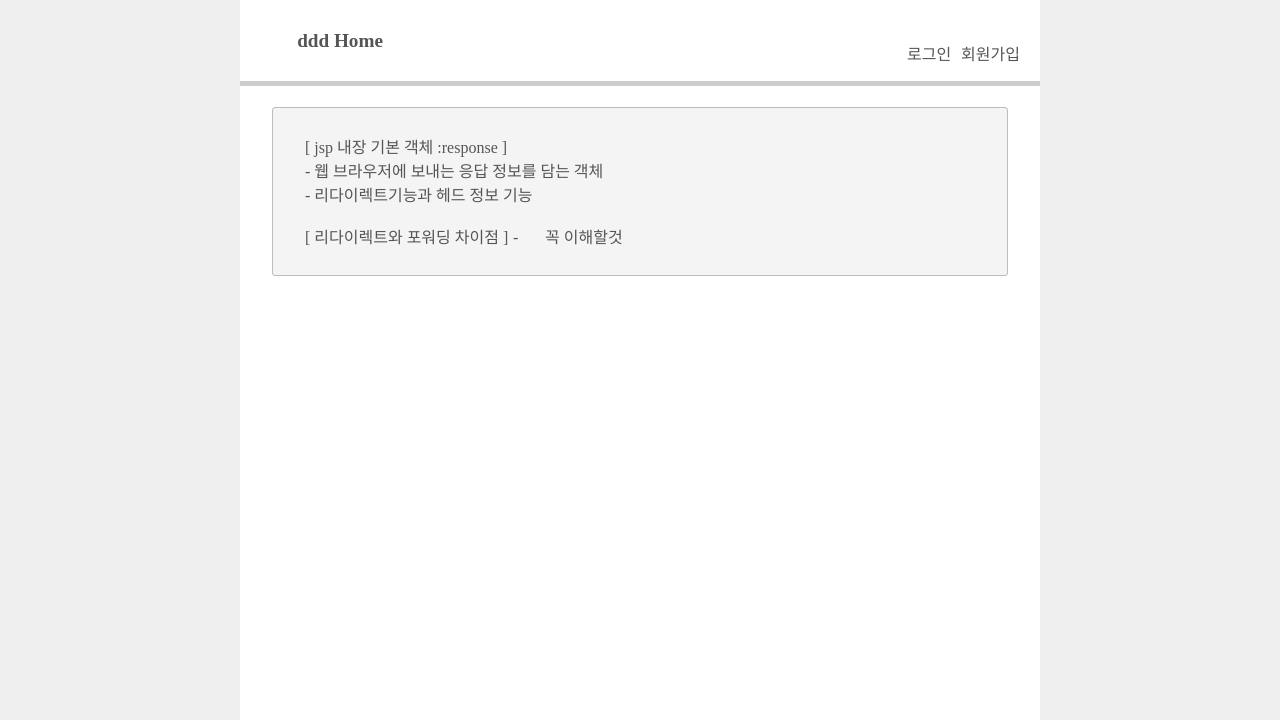
Repository: Deneb0000/JSP
Page: http://localhost/jspPro/days03/ex07.jsp
These files come from the project's save history. The page is drawn as it stood at one moment and after a run of saves; the edit follows.
The browser window is 1280 px wide. The pictures show the whole page.
Some web fonts or font styles are not loaded; a fallback is used. The page is served by Tomcat 9. Other server files are loaded and not shown.

Above is the page before, as saved 2024-10-17 06:15:31.

### jspPro/src/main/webapp/days03/ex07.jsp
<%@ page contentType="text/html; charset=UTF-8" pageEncoding="UTF-8"%>
<!DOCTYPE html>
<html>
<head>
<meta charset="UTF-8">
<title>Insert title here</title>
<link rel="shortcut icon" type="image/x-icon" href="http://localhost/jspPro/images/SiSt.ico">
<script src="https://ajax.googleapis.com/ajax/libs/jquery/3.7.1/jquery.min.js"></script>
<meta name="viewport" content="width=device-width, initial-scale=1.0">
<meta name="google" content="notranslate">
<link rel="stylesheet" href="http://localhost/jspPro/resources/cdn-main/example.css">
<script src="http://localhost/jspPro/resources/cdn-main/example.js"></script>
<style>
 span.material-symbols-outlined{
    vertical-align: text-bottom;
 }
</style>
</head>
<body>
<header>
  <h1 class="main"><a href="#" style="position: absolute;top:30px;">ddd Home</a></h1>
  <ul>
    <li><a href="#">로그인</a></li>
    <li><a href="#">회원가입</a></li>
  </ul>
</header>
<div>
  <xmp class="code">
    [ jsp 내장 기본 객체 :response ]
    - 웹 브라우저에 보내는 응답 정보를 담는 객체
    - 리다이렉트기능과 헤드 정보 기능

    [ 리다이렉트와 포워딩 차이점 ]	-	꼭 이해할것
  </xmp>
</div>
</body>
</html>

### jspPro/src/main/webapp/resources/cdn-main/example.css
@charset "UTF-8";

@import url('https://fonts.googleapis.com/css2?family=Material+Symbols+Outlined:opsz,wght,FILL,GRAD@20..48,100..700,0..1,-50..200');

@font-face {
    font-family: 'GmarketSansMedium';
    src: url('https://cdn.jsdelivr.net/gh/projectnoonnu/noonfonts_2001@1.1/GmarketSansMedium.woff') format('woff');
    font-weight: normal;
    font-style: normal;
}

:root {
	--text-color: #555;
	--sub-text-color: #777;
	--back-color: #EFEFEF;
	--header-color: #444;
	--primary-color: #DEDEDE;
	--secondary-color: #EFEFEF;
	--default-width: 800px;
	--narrow-width: 500px;
	--wide-width: 1200px;
	--text-font: 'GmarketSansMedium';
	--icon-font: 'Material Symbols Outlined';
	--border-color: #CCC;
}

html, body {
	margin: 0;
	padding: 0;
}

html {
	background-color: var(--back-color);
	display: flex;
	justify-content: center;
	min-height: 100vh;
}

body, body.default {
	width: var(--default-width);
	background-color: white;
	padding-bottom: 120px;
}

body.wide {
	width: var(--wide-width);
}

body.narrow {
	width: var(--narrow-width);
}



body, p, div, span, a, input, select, option, textarea, button, table, th, td, label, fieldset, legend {
	font-family: var(--text-font);
	color: var(--text-color);
}

h1, h2, h3 {
	font-family: var(--text-font);
	color: var(--header-color);
	padding: 0 1rem;
	padding-top: .5rem;
}

div > h1, div > h2, div > h3 {
	padding: 0;
}

body > div, body > main > div {
	padding: 0.3rem 1rem;
}


h1 { font-size: 2rem; border-bottom: 1px solid var(--border-color); }
h1 small { font-size: 1.2rem; color: var(--sub-text-color); }
h2 { font-size: 1.5rem; border-bottom: 1px dashed var(--border-color); }
h2 small { font-size: 1.1rem; color: --sub-text-color; }
h3 { font-size: 1.2rem; }
h3 small { font-size: 1rem; color: --sub-text-color; }



h1.main::before {
	font-family: var(--icon-font);
  	content: '\e666';
  	margin-right: 10px;
  	float: left;
	font-size: 2.5rem;
}

h1.sub::before {
	font-family: var(--icon-font);
  	content: '\ea19';
  	margin-right: 10px;
  	float: left;
	font-size: 2.5rem;
}


h1.page::before {
	font-family: var(--icon-font);
  	content: '\e0e0';
  	margin-right: 10px;
  	float: left;
	font-size: 2.5rem;
}

body > header > ul > li > .active{
	background-color: #FFF;
	color:#F00;
}

body > header {
	display: flex;
	justify-content: space-between;
	border-bottom: 5px solid var(--border-color);
	min-height: 74px;
	background-color: #FFF;
}

body > header.sticky {
	position: sticky;
	top: 0;
	z-index: 98;
}

body > header > h1 {
	font-size: 1.2rem;
	border: 0;
}

body > header.in > h1::before {
	font-family: var(--icon-font);
  	content: '\e332‥';
  	margin-right: 3px;
  	float: left;
	font-size: 2rem;
}


body > header > ul {
	list-style-type: none;
	display: flex;
	align-items: flex-end;
	margin-right: 10px;
}

body > header > ul > li {
	margin-right: 10px;
	cursor: pointer;
}

body > header > ul > li > a {
	cursor: pointer;
}


form {
	display: block;
}

form > div {
	padding: 0.3rem 1rem;
}

div > form > div {
	padding: 0.3rem 0;
}

input, textarea, button, select {
	border: 1px solid #BBB;
	border-radius: 3px;
	outline: none;
	resize: none;
	padding: 7px;
	margin: 0;
}

input[type=text]:read-only, textarea:read-only {
	cursor: not-allowed;
	background-color: #FFF;
}

input[type=text]:disabled, textarea:disabled {
	cursor: not-allowed;
	background-color: #EEE;
}

input[type=text], input[type=password], textarea, button, select {
	/* width: 300px; */
}

textarea {
	display: block;
	height: 100px;
}

input[type=button], input[type=submit], button {
	/* width: inherit; */
}

input.short, textarea.short, button.short, select.short {
	width: 100px;
}

input.long, textarea.long, button.long, select.long {
	width: 350px;
}

.narrow input.long, .narrow textarea.long, .narrow button.long, .narrow select.long {
	width: calc(100% - 20px);
}

input.full, textarea.full, button.full, select.full {
	width: calc(100% - 20px);
}

textarea.short {
	height: 50px;
}

textarea.long {
	height: 100px;
}

textarea.full {
	height: 200px;
}

input, textarea {
	padding-top: 8px;
}

input[type=button], input[type=submit], button {
	padding: 5px 10px;
	background-color: var(--secondary-color);
	cursor: pointer;
	min-height: 36px;
}

input[type=button].primary, input[type=submit].primary, button.primary {
	/* background-color: rgba(100, 149, 237, .2); */
	background-color: var(--primary-color);
}

input[type=button].primary:hover, input[type=submit].primary:hover, button.primary:hover {
	/* background-color: rgba(100, 149, 237, .3); */
	background-color: var(--secondary-color);
}

input[type=button]:hover, input[type=submit]:hover, button:hover {
	background-color: var(--primary-color);
}

button {
	position: relative;
	left: 0;
	top: 0;
	padding-left: 35px;
}

button .material-symbols-outlined {
	position: absolute;
	left: 10px;
	top: 4px;
}

/* k2nik add */
button.login::before {
	font-family: var(--icon-font);
  	content: '\ea77';
	position: absolute;
	left: 11px;
	top: 4px;
	font-size: 1.25rem;
}

/* k2nik logout */
button.logout::before {
	font-family: var(--icon-font);
  	content: '\e9ba';
	position: absolute;
	left: 11px;
	top: 4px;
	font-size: 1.25rem;
}

/* k2nik help */
button.help::before {
	font-family: var(--icon-font);
  	content: '\f1c0';
	position: absolute;
	left: 11px;
	top: 4px;
	font-size: 1.25rem;
}

button.add::before{
	font-family: var(--icon-font);
  	content: '\e746';
	position: absolute;
	left: 11px;
	top: 4px;
	font-size: 1.25rem;
}

button.back::before {
	font-family: var(--icon-font);
  	content: '\e166';
	position: absolute;
	left: 11px;
	top: 4px;
	font-size: 1.25rem;
}

button.list::before {
	font-family: var(--icon-font);
  	content: '\e0ee';
	position: absolute;
	left: 11px;
	top: 4px;
	font-size: 1.25rem;
}


button.del::before {
	font-family: var(--icon-font);
  	content: '\e872';
	position: absolute;
	left: 11px;
	top: 4px;
	font-size: 1.25rem;
}


button.edit::before {
	font-family: var(--icon-font);
  	content: '\e745';
	position: absolute;
	left: 11px;
	top: 4px;
	font-size: 1.25rem;
}


button.login::before {
	font-family: var(--icon-font);
  	content: '\ea77';
	position: absolute;
	left: 11px;
	top: 4px;
	font-size: 1.25rem;
}


button.logout::before {
	font-family: var(--icon-font);
  	content: '\e9ba';
	position: absolute;
	left: 11px;
	top: 4px;
	font-size: 1.25rem;
}


button.in::before {
	font-family: var(--icon-font);
  	content: '\f71a';
	position: absolute;
	left: 11px;
	top: 4px;
	font-size: 1.25rem;
}


button.out::before {
	font-family: var(--icon-font);
  	content: '\f70e';
	position: absolute;
	left: 11px;
	top: 4px;
	font-size: 1.25rem;
}


button.reply::before {
	font-family: var(--icon-font);
  	content: '\e15e';
	position: absolute;
	left: 11px;
	top: 4px;
	font-size: 1.25rem;
}


button.comment::before {
	font-family: var(--icon-font);
  	content: '\e0b9';
	position: absolute;
	left: 11px;
	top: 4px;
	font-size: 1.25rem;
}


button.modal::before {
	font-family: var(--icon-font);
  	content: '\e89e';
	position: absolute;
	left: 11px;
	top: 4px;
	font-size: 1.25rem;
}


button.ok::before {
	font-family: var(--icon-font);
  	content: '\e86c';
	position: absolute;
	left: 11px;
	top: 4px;
	font-size: 1.25rem;
}


button.cancel::before {
	font-family: var(--icon-font);
  	content: '\e5c9';
	position: absolute;
	left: 11px;
	top: 4px;
	font-size: 1.25rem;
}

button.search::before {
	font-family: var(--icon-font);
  	content: '\e8b6';
	position: absolute;
	left: 11px;
	top: 4px;
	font-size: 1.25rem;
}

button.home::before {
	font-family: var(--icon-font);
  	content: '\e88a';
	position: absolute;
	left: 11px;
	top: 4px;
	font-size: 1.25rem;
}


button.sidebar::before {
	font-family: var(--icon-font);
  	content: '\f7e4';
	position: absolute;
	left: 11px;
	top: 4px;
	font-size: 1.25rem;
}


button.sidebar-right::before {
	font-family: var(--icon-font);
  	content: '\f7e5';
	position: absolute;
	left: 11px;
	top: 4px;
	font-size: 1.25rem;
}




button::before {
	font-family: var(--icon-font);
  	content: '\e323';
	position: absolute;
	left: 11px;
	top: 4px;
	font-size: 1.25rem;
}


table {
	border-collapse: collapse;
	margin: 1rem;
	box-sizing: border-box;
	width: calc(100% - 32px);
}

table.content {
	width: auto;
}

div > table {
	margin: 0;
}

table th, table td {
	border: 1px solid var(--border-color);
	padding: 7px;
	font-weight: normal;
}

table th {
	background-color: var(--back-color);
}

table.vertical th {
	width: 150px;
}

table.vertical td {
	width: calc(100% - 182px);
	padding-left: 10px;
}

table.content td, table.content th {
	width: auto;
}

body.narrow table.vertical th {
	width: 100px;
}

body.narrow table.vertical td {
	width: calc(100% - 182px);
}


table + table {
	margin-top: 30px;
}


p {
	padding: 0 1rem;
}

a {
	text-decoration: none;
}

a:hover {
	color: rgba(255, 99, 71, .7);
}

hr {
	border: 0;
	border-top: 1px solid var(--border-color);
	margin: 2rem 0;
}

.message {
	border: 1px solid var(--border-color);
	background-color: #EFEFEF;
	margin: 1rem;
	width: auto;
	padding-top: 10px;
	padding-bottom: 10px;
	font-size: 14px;
}

.message[title]::before {
	content: attr(title);
	display: block;
	border-bottom: 1px solid var(--border-color);
	padding-bottom: 5px;
	margin-bottom: 10px;
	margin-top: 7px;
}

.message.short {
	max-width: 250px;
}

.message.long {
	max-width: 500px;
}

.badge {
	float: right;
	font-size: .8rem;
	margin-top: 2px;
	margin-right: 2px;
	text-shadow: 0 0 7px gray;
}

.badge.left {
	float: none;
	margin-left: 2px;
}

.badge.right {
	float: right;
}

.badge.red {
	border-radius: 50%;
	padding: 2px 5px;
	background-color: rgb(255, 99, 71, .3);
}

.badge.yellow {

	border-radius: 50%;
	padding: 2px 5px;
	background-color: rgb(255, 215, 0, .5);
}

.badge.blue {
	border-radius: 50%;
	padding: 2px 5px;
	background-color: rgb(100, 149, 237, .3);
}

label + label {
	margin-left: 7px;
}

label input[type=checkbox], label input[type=radio] {
	transform: translate(0, 1px);
}

.group {
	display: flex;
}

.modal-content .group {
	margin-bottom: .5rem;
}

.group label {
	border: 1px solid #BBB;
	border-radius: 3px;
	outline: none;
	resize: none;
	padding: 7px 14px;
	margin: 0;
	border-top-right-radius: 0;
	border-bottom-right-radius: 0;
	background-color: #EFEFEF;
	white-space: nowrap;
	font-size: 14px;
}

.group input[type=text] {
	margin-left: -1px;
	border-top-left-radius: 0;
	border-bottom-left-radius: 0;
}

.group select {
	margin-left: -1px;
	border-top-left-radius: 0;
	border-bottom-left-radius: 0;
}

.group input.full[type=text] {
	margin-left: -1px;
	border-top-left-radius: 0;
	border-bottom-left-radius: 0;
	width: 100%;
}

.group input[type=button]:first-child, .group button:first-child {
	border-top-left-radius: 3px;
	border-bottom-left-radius: 3px;
	margin-left: 0px;
}

.group input[type=button], .group button {
	border-radius: 0;
	margin-left: -1px;
}

.group input[type=button]:last-child, .group button:last-child {
	margin-left: -1px;
	border-top-right-radius: 3px;
	border-bottom-right-radius: 3px;
}

.seperate {
	display: flex;
	justify-content: space-between;
}

div.list {
	width: max-content;
	margin: 1rem;
	border: 1px solid #BBB;
	border-radius: 3px;
	padding: 0;
}

div.list.full {
	width: auto;
	display: block;
	margin: 1rem;
	border: 1px solid #BBB;
	border-radius: 3px;
	padding: 0;
}

div.list > div {
	padding: .5rem 1rem;
	margin: 0;
	border-bottom: 1px solid #BBB;
}

div.list > div:last-child {
	border-bottom: 0;
}

pre.code , xmp.code{
	font-family: consols;
	background-color: rgba(150, 150, 150, .1);
	border: 1px solid #BBB;
	border-radius: 3px;
	padding: .5rem 1rem;
	padding-bottom: .6rem;
	margin: 1rem;
}




*[data-modal-window] {
	position: fixed;
	background-color: rgba(0, 0, 0, .3);
	left: 0;
	top: 0;
	display: none;
	justify-content: center;
	align-items: flex-start;
	width: 100%;
	min-height: 100vh;
	z-index: 100;
	opacity: 0;
	transition: 500ms all;
}

*[data-modal-window] .modal-container {
	border-radius: 5px;
	padding: 1rem;
	padding-bottom: .5rem;
	margin-top: -500px;
	opacity: 0;
	width: 500px;
	background-color: #FFF;
	margin-right: 2rem;
	transition: 500ms all;
}

*[data-modal-size=content] .modal-container {
	width: auto;
}

*[data-modal-size=narrow] .modal-container {
	width: 300px;
}

*[data-modal-size=wide] .modal-container {
	width: 760px;
}


*[data-modal-window] .modal-header {
	border-bottom: 1px solid var(--border-color);
	padding: 2px 5px;
}

*[data-modal-window] .modal-content {
	padding: 1rem 5px;
}

*[data-modal-window] .modal-content div:last-child {
	margin-top: 1rem;
	text-align: right;
}



*[data-sidebar-window] {
	position: fixed;
	background-color: #FFF;
	left: 0;
	top: 0;
	display: block;
	width: 300px;
	border-right: 1px solid var(--border-color);
	box-sizing: border-box;
	box-shadow: 0 0 3px var(--back-color);
	min-height: 100vh;
	z-index: 99;
	transform: translate(-300px, 0);
	transition-duration: 500ms;
	transition-property: transform;
}

*[data-sidebar-direction=right] {
	left: auto;
	right: 0;
	transform: translate(300px, 0);
	border-left: 1px solid var(--border-color);
}

*[data-sidebar-size=wide] {
	width: 500px;
	transform: translate(-500px, 0);
}

*[data-sidebar-window] .sidebar-title {
	border-bottom: 1px solid var(--border-color);
	margin-top: 20px;
	margin-bottom: 20px;
	padding-bottom: 5px;
	display: flex;
	justify-content: space-between;
}

*[data-sidebar-window] .sidebar-title span:last-child {
	cursor: pointer;
}


/* K2Nik pagination */
.center {
  text-align: center;
}

.pagination {
  display: inline-block;
}

.pagination a {
  color: black;
  float: left;
  padding: 3px 6px;
  text-decoration: none;
  transition: background-color .3s;
  border: 1px solid #ddd;
  margin: 0 3px;
}

.pagination a.active {
  background-color: #4CAF50;
  color: white;
  border: 1px solid #4CAF50;
}

.pagination a:hover:not(.active) {background-color: #ddd;}

### jspPro/src/main/webapp/resources/cdn-main/example.js

window.onload = () => {

    const list = document.querySelectorAll('input, textarea');

    list.forEach(item => {
        item.setAttribute('autocomplete', 'off');
    });


    const modal_btn_list = document.querySelectorAll('*[data-modal-button]');

    modal_btn_list.forEach(item => {
        item.onclick = function() {

            const name = this.dataset['modalButton'];
            const modal_window = document.querySelector('*[data-modal-window=' + name);

            const container = document.createElement('div');
            container.className = 'modal-container';



            const modal_header = document.createElement('div');
            modal_header.textContent = modal_window.dataset['modalTitle'];
            modal_header.className = 'modal-header';
            container.appendChild(modal_header);

            const modal_content = document.createElement('div');
            modal_content.className = 'modal-content';
            container.appendChild(modal_content);

            Array.from(modal_window.childNodes).forEach(item => {
                modal_content.appendChild(item);
            });

            modal_window.appendChild(container);

            modal_window.style.display = 'flex';

            setTimeout(() => {
                modal_window.style.opacity = 1;
                container.style.marginTop = '20px';
                container.style.opacity = 1;
            }, 50);


            const modal_ok = document.querySelector('*[data-modal-ok=' + name);
            modal_ok.addEventListener('click', function() {
                modal_window.style.opacity = 0;
                container.style.marginTop = '-500px';
                container.style.opacity = 0;

                setTimeout(() => {
                    modal_window.innerHTML = modal_content.innerHTML;
                    modal_window.style.display = 'none';
                }, 500);

            });

            const modal_cancel = document.querySelector('*[data-modal-cancel=' + name);
            modal_cancel.addEventListener('click', function() {

                modal_window.style.opacity = 0;
                container.style.marginTop = '-500px';
                container.style.opacity = 0;

                setTimeout(() => {
                    modal_window.innerHTML = modal_content.innerHTML;
                    modal_window.style.display = 'none';
                }, 500);
            });


        };
    });


    const sidebar_btn_list = document.querySelectorAll('*[data-sidebar-button]');

    sidebar_btn_list.forEach(item => {
        item.onclick = function() {



            const name = this.dataset['sidebarButton'];
            const sidebar_window = document.querySelector('*[data-sidebar-window=' + name);

            if (sidebar_window.style.transform == 'translate(0px, 0px)') return;



            sidebar_window.style.transform = 'translate(0, 0)';

            const sidebar_title = document.createElement('div');
            sidebar_title.className = 'sidebar-title';
            sidebar_title.innerHTML = '<span>' + sidebar_window.dataset['sidebarTitle'] + '</span><span class="material-symbols-outlined">close</span>';

            sidebar_title.children[1].onclick = function() {

                let sign = 1;
                let distance = 300;

                if (sidebar_window.dataset['sidebarDirection'] != 'right') {
                    sign = -1;
                } else {
                    sign = 1;
                }

                if (sidebar_window.dataset['sidebarSize'] != 'wide') {
                    distance = 300;
                } else {
                    distance = 500;
                }

                distance *= sign;

                sidebar_window.style.transform = 'translate(' + distance + 'px, 0)';

                setTimeout(function() {
                    sidebar_window.removeChild(sidebar_window.children[0]);
                }, 500);
            };


            sidebar_window.prepend(sidebar_title);

        }
    });

};

// window.onkeydown = function(event) {

//     if (event.keyCode == 27) {
//         if (document.querySelector('[data-modal-window').style.display == 'flex') {
//             document.querySelector('[data-modal-window').style.display = 'none';
//         }
//     }

// };

After the next 2 saves:
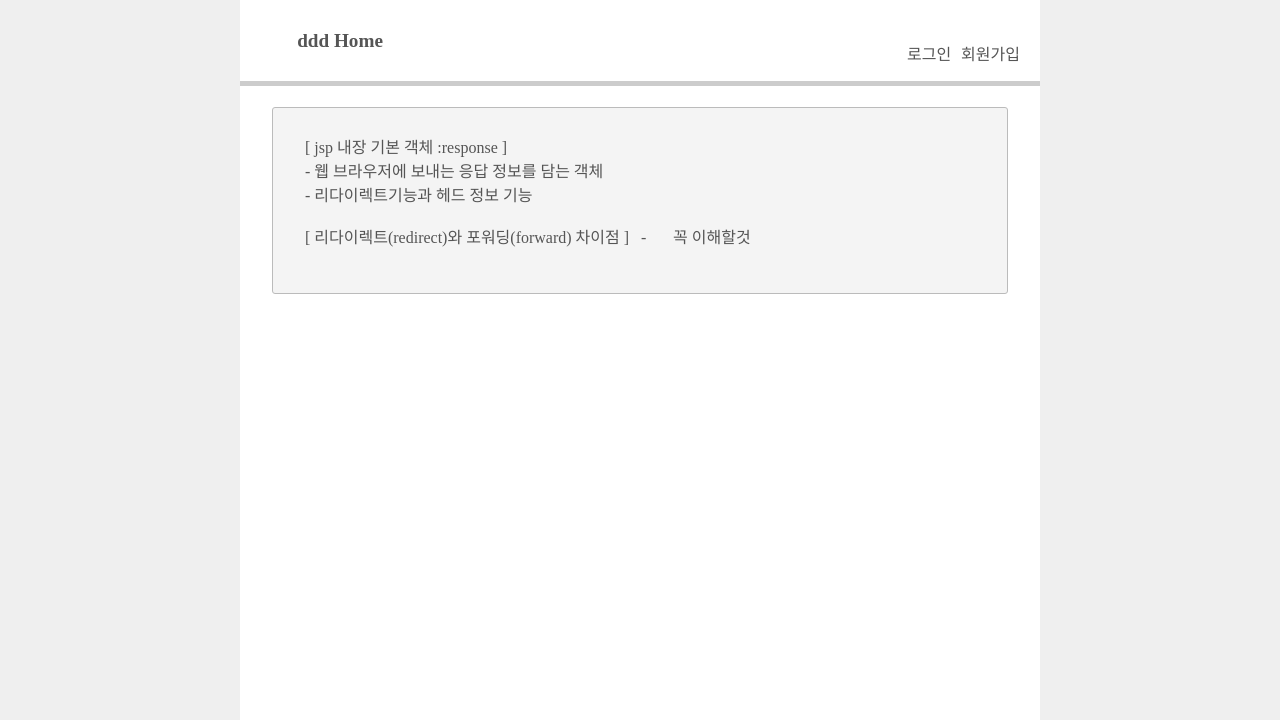
The 2 saves are shown as one change because they came seconds apart.
The last was saved 22 s later.
--- a/jspPro/src/main/webapp/days03/ex07.jsp
+++ b/jspPro/src/main/webapp/days03/ex07.jsp
@@ -30,7 +30,8 @@
     - 웹 브라우저에 보내는 응답 정보를 담는 객체
     - 리다이렉트기능과 헤드 정보 기능
 
-    [ 리다이렉트와 포워딩 차이점 ]	-	꼭 이해할것
+    [ 리다이렉트(redirect)와 포워딩(forward) 차이점 ]	-	꼭 이해할것
+
   </xmp>
 </div>
 </body>
